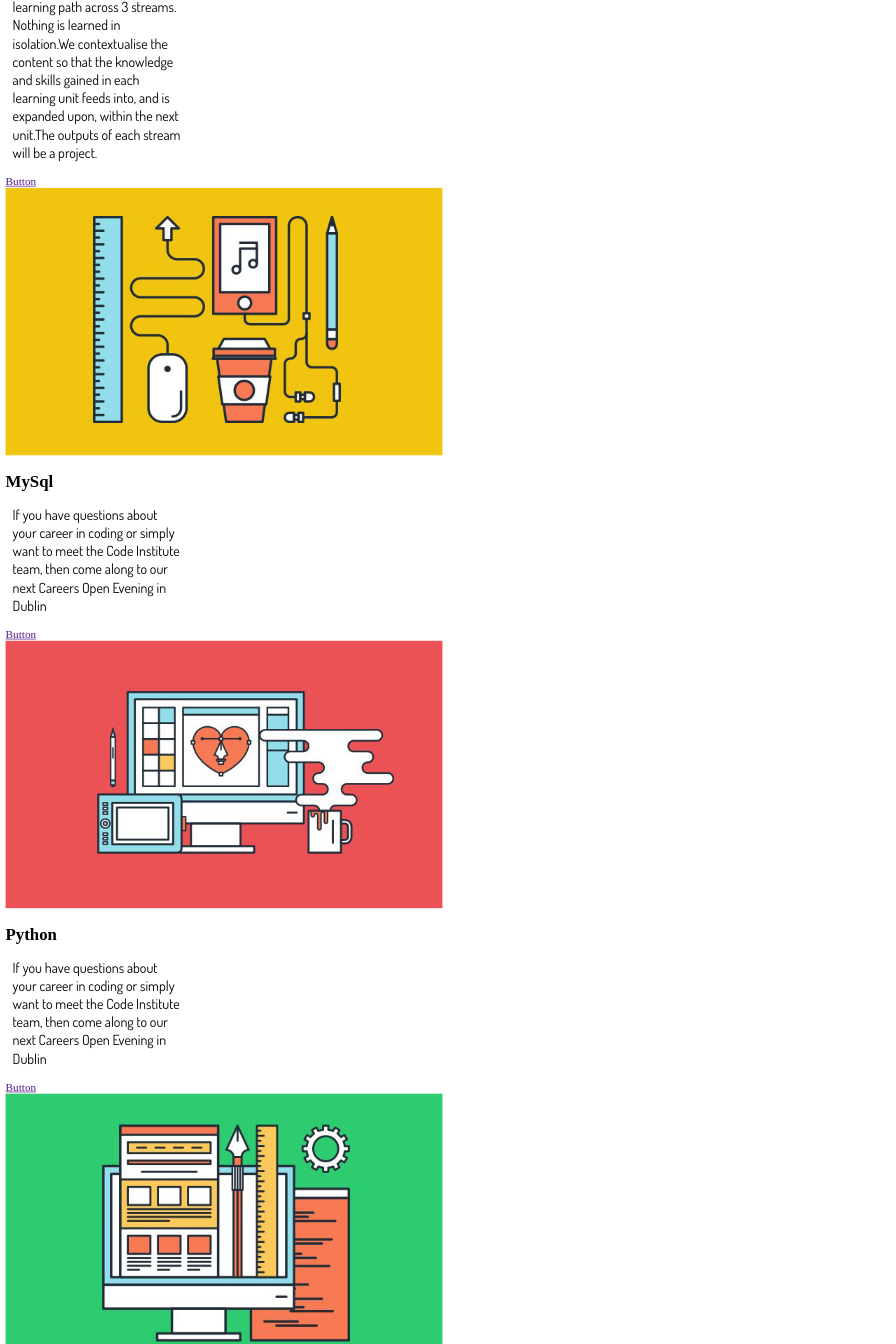
Repository: rory81/jquery
Page: Cards-jquery.html
The author's editor kept a record of every edit. The page is drawn from the files as they stood at one moment, then again after the next edit.
The browser window is 1280 px wide. The pictures show the part of the page from y = 639 to 2559 px (the page is 4519 px tall before and 4522 px after), at 70% of full size.
Some web libraries are served in a nearby version.

Above is the page before.

After the next edit:
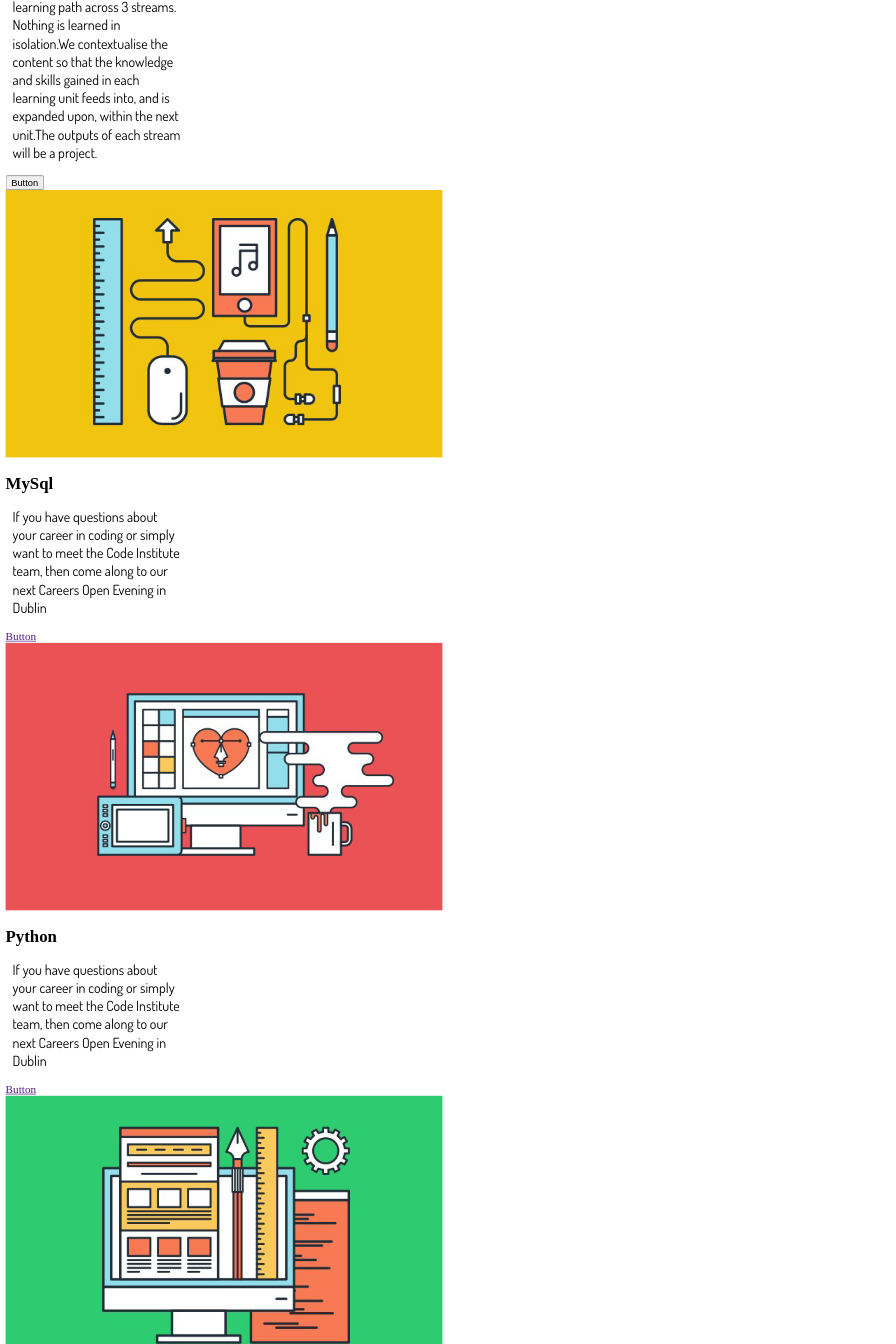
The edit:
--- a/Cards-jquery.html
+++ b/Cards-jquery.html
@@ -23,7 +23,7 @@
 			<div class="card_bottom">
 				<h2 id=hr_html class="card_head">HTML</h2>
 				<p class="card_para">Once you join a Code Institute Bootcamp you will be taken on an accelerated contextualised learning path across 3 streams. Nothing is learned in isolation.We contextualise the content so that the knowledge and skills gained in each learning unit feeds into, and is expanded upon, within the next unit.The outputs of each stream will be a project. </p>
-				<a href="" class="bottom_button">Button</a>
+				<button class="bottom_button">Button</button>
 			</div>
 		</div>
 		<div class="card stream3">
